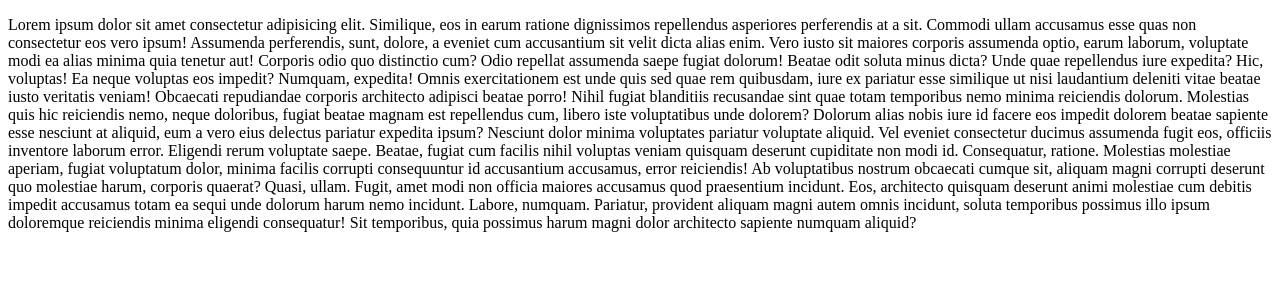
Repository: zhFIsHappy/UdemyFullStack
Page: app2.html
These files come from the project's save history. The page is drawn as it stood at one moment and after a run of saves; the edit follows.
The browser window is 1280 px wide. The pictures show the whole page.

Above is the page before, as saved 2022-03-24 11:02:14.

### app2.html
   <!DOCTYPE html>
   <html lang="en">
   <head>
       <meta charset="UTF-8">
       <meta http-equiv="X-UA-Compatible" content="IE=edge">
       <meta name="viewport" content="width=device-width, initial-scale=1.0">
       <title>Document</title>
       <link rel ="stylesheet" href="app2.css">
   </head>
   <body>
       <p>Lorem ipsum dolor sit amet consectetur adipisicing elit. Similique, eos in earum ratione dignissimos repellendus asperiores perferendis at a sit. Commodi ullam accusamus esse quas non consectetur eos vero ipsum!
       Assumenda perferendis, sunt, dolore, a eveniet cum accusantium sit velit dicta alias enim. Vero iusto sit maiores corporis assumenda optio, earum laborum, voluptate modi ea alias minima quia tenetur aut!
       Corporis odio quo distinctio cum? Odio repellat assumenda saepe fugiat dolorum! Beatae odit soluta minus dicta? Unde quae repellendus iure expedita? Hic, voluptas! Ea neque voluptas eos impedit? Numquam, expedita!
       Omnis exercitationem est unde quis sed quae rem quibusdam, iure ex pariatur esse similique ut nisi laudantium deleniti vitae beatae iusto veritatis veniam! Obcaecati repudiandae corporis architecto adipisci beatae porro!
       Nihil fugiat blanditiis recusandae sint quae totam temporibus nemo minima reiciendis dolorum. Molestias quis hic reiciendis nemo, neque doloribus, fugiat beatae magnam est repellendus cum, libero iste voluptatibus unde dolorem?
       Dolorum alias nobis iure id facere eos impedit dolorem beatae sapiente esse nesciunt at aliquid, eum a vero eius delectus pariatur expedita ipsum? Nesciunt dolor minima voluptates pariatur voluptate aliquid.
       Vel eveniet consectetur ducimus assumenda fugit eos, officiis inventore laborum error. Eligendi rerum voluptate saepe. Beatae, fugiat cum facilis nihil voluptas veniam quisquam deserunt cupiditate non modi id. Consequatur, ratione.
       Molestias molestiae aperiam, fugiat voluptatum dolor, minima facilis corrupti consequuntur id accusantium accusamus, error reiciendis! Ab voluptatibus nostrum obcaecati cumque sit, aliquam magni corrupti deserunt quo molestiae harum, corporis quaerat?
       Quasi, ullam. Fugit, amet modi non officia maiores accusamus quod praesentium incidunt. Eos, architecto quisquam deserunt animi molestiae cum debitis impedit accusamus totam ea sequi unde dolorum harum nemo incidunt.
       Labore, numquam. Pariatur, provident aliquam magni autem omnis incidunt, soluta temporibus possimus illo ipsum doloremque reiciendis minima eligendi consequatur! Sit temporibus, quia possimus harum magni dolor architecto sapiente numquam aliquid?</p>
   </body>
   </html>

### app2.css
/*display */
h1{
    background-color:palegoldenrod;
    border : 1px solid black;
    display: inline;
}
span{
    background-color: paleturquoise;
    border : 1px solid black;
    display: block;
}

After the next 4 saves:
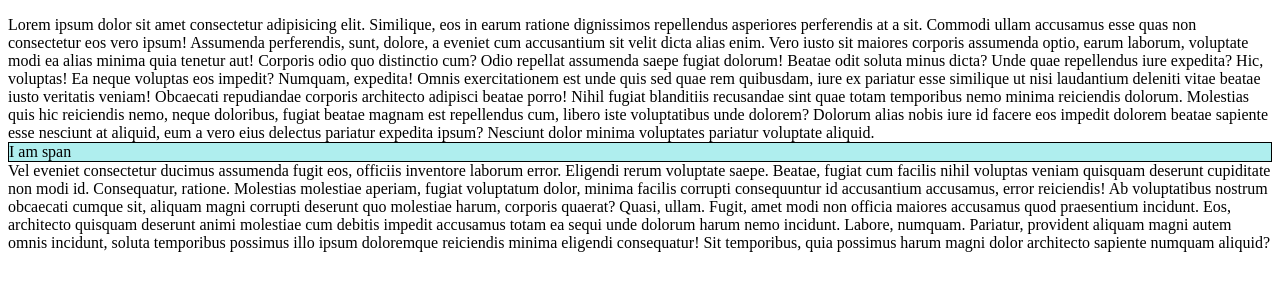
The 4 saves are shown as one change because they came seconds apart.
The last was saved 17 s later.
--- a/app2.html
+++ b/app2.html
@@ -14,6 +14,7 @@
        Omnis exercitationem est unde quis sed quae rem quibusdam, iure ex pariatur esse similique ut nisi laudantium deleniti vitae beatae iusto veritatis veniam! Obcaecati repudiandae corporis architecto adipisci beatae porro!
        Nihil fugiat blanditiis recusandae sint quae totam temporibus nemo minima reiciendis dolorum. Molestias quis hic reiciendis nemo, neque doloribus, fugiat beatae magnam est repellendus cum, libero iste voluptatibus unde dolorem?
        Dolorum alias nobis iure id facere eos impedit dolorem beatae sapiente esse nesciunt at aliquid, eum a vero eius delectus pariatur expedita ipsum? Nesciunt dolor minima voluptates pariatur voluptate aliquid.
+       <span>I am span</span>
        Vel eveniet consectetur ducimus assumenda fugit eos, officiis inventore laborum error. Eligendi rerum voluptate saepe. Beatae, fugiat cum facilis nihil voluptas veniam quisquam deserunt cupiditate non modi id. Consequatur, ratione.
        Molestias molestiae aperiam, fugiat voluptatum dolor, minima facilis corrupti consequuntur id accusantium accusamus, error reiciendis! Ab voluptatibus nostrum obcaecati cumque sit, aliquam magni corrupti deserunt quo molestiae harum, corporis quaerat?
        Quasi, ullam. Fugit, amet modi non officia maiores accusamus quod praesentium incidunt. Eos, architecto quisquam deserunt animi molestiae cum debitis impedit accusamus totam ea sequi unde dolorum harum nemo incidunt.
